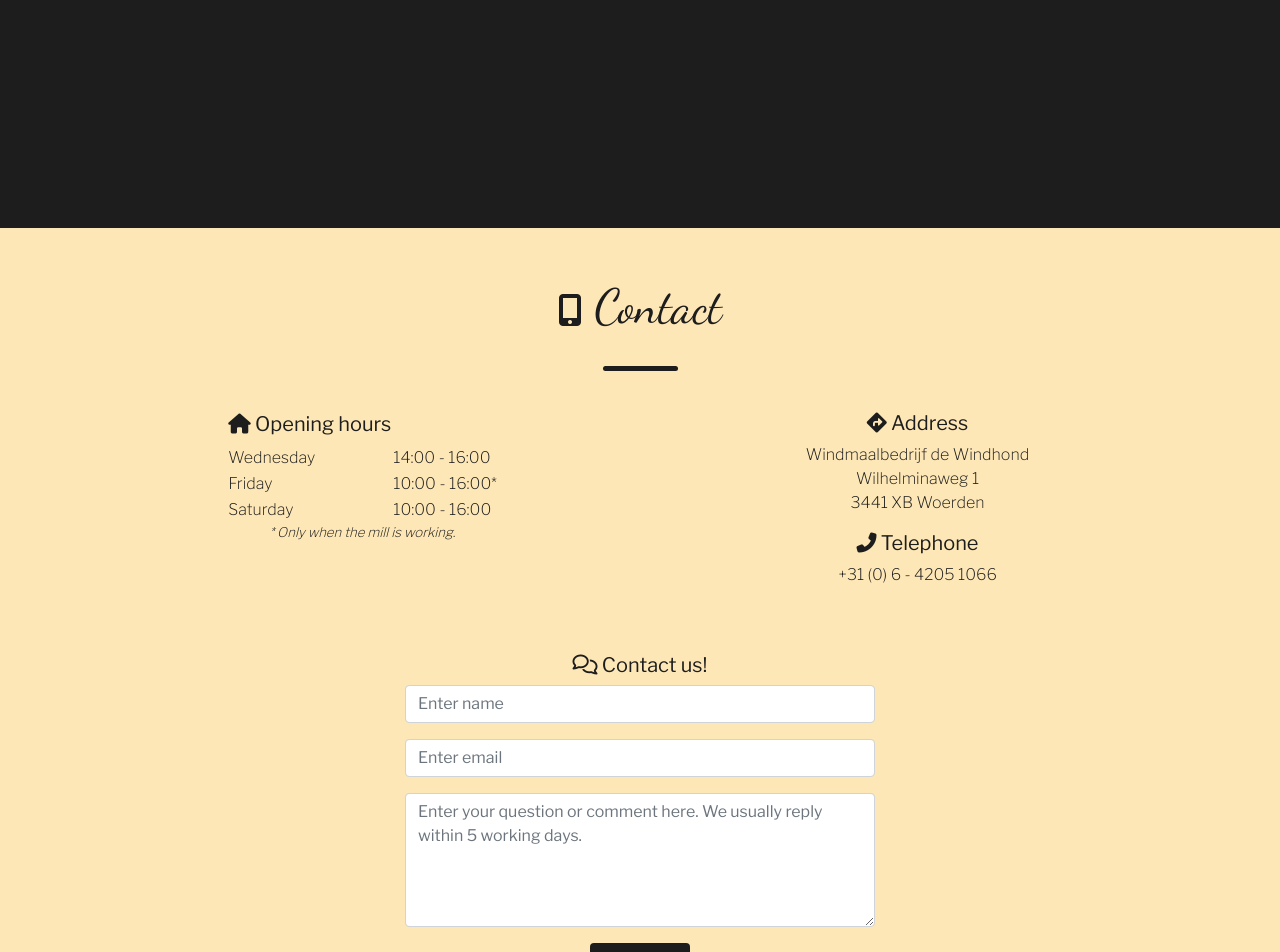
Repository: jdl208/DeWindhond
Page: index.html
The author's editor kept a record of every edit. The page is drawn from the files as they stood at one moment, then again after the next edit.
The browser window is 1280 px wide. The pictures show the part of the page from y = 2209 to 3161 px (the page is 3329 px tall).
Pictures or frames that could not be fetched are drawn as grey boxes. Some web libraries are served in a nearby version.

Above is the page before.

### index.html
<!DOCTYPE html>
<html lang="en">

<head>
    <meta charset="UTF-8">
    <meta name="viewport" content="width=device-width, initial-scale=1.0">
    <meta http-equiv="X-UA-Compatible" content="ie=edge">
    <title>Windmill "De Windhond"</title>
    <link rel="stylesheet" href="https://stackpath.bootstrapcdn.com/bootstrap/4.3.1/css/bootstrap.min.css" integrity="sha384-ggOyR0iXCbMQv3Xipma34MD+dH/1fQ784/j6cY/iJTQUOhcWr7x9JvoRxT2MZw1T" crossorigin="anonymous">
    <link href="https://fonts.googleapis.com/css?family=Dancing+Script:400,700&display=swap" rel="stylesheet">
    <link rel="stylesheet" href="assets/css/style.css" type="text/css" />

</head>

<body>

    <!-- Navigation-->
    <a href="" class="anchor" id="home"></a>
    <nav class="navbar fixed-top navbar-expand-md navbar-dark dark-bg">
        <a class="navbar-brand" href="#home">De Windhond</a>
        <button id="navbar-toggle-icon" class="navbar-toggler" type="button" data-toggle="collapse" data-target="#navbarTogglerDemo02" aria-controls="navbarTogglerDemo02" aria-expanded="false" aria-label="Toggle navigation">
                <i class="fas fa-bars"></i>
            </button>

        <div class="collapse navbar-collapse" id="navbarTogglerDemo02">
            <ul class="navbar-nav ml-auto mt-2 mt-lg-0">
                <li class="nav-item ml-auto nav--link">
                    <a class="nav-link" href="#home"><strong>Home</strong><span class="sr-only">(current)</span></a>
                </li>
                <li class="nav-item ml-auto nav--link">
                    <a class="nav-link" href="#about"><strong>About</strong></a>
                </li>
                <li class="nav-item ml-auto nav--link">
                    <a class="nav-link" href="#media"><strong>Media</strong></a>
                </li>
                <li class="nav-item ml-auto nav--link">
                    <a class="nav-link" href="#contact"><strong>Contact</strong></a>
                </li>
            </ul>
        </div>
    </nav>

    <!--Header image slider-->

    <header class="top-section">
        <div class="jumbotron sectioncontainer carousel-wrapper">


            <!--Preload images so you you wont see a hickup in the slider -->

            <img class="d-none" src="assets/images/img1.jpg" />
            <img class="d-none" src="assets/images/img2.jpg" />
            <img class="d-none" src="assets/images/img3.jpg" />
            <img class="d-none" src="assets/images/img4.jpg" />
            <img class="d-none" src="assets/images/img5.jpg" />
            <img class="d-none" src="assets/images/img6.jpg" />
            <img class="d-none" src="assets/images/img7.jpg" />

            <div class="bg-image-slider">

            </div>
        </div>
    </header>

    <!-- About -->
    <a href="" class="anchor" id="about"></a>
    <section class="light-bg sectioncontainer">
        <div class="container about">
            <h2><i class="far fa-list-alt media-icon"></i> About</h2>
            <hr class="block-divider dark-divider">

            <div class="row">
                <div class="col-md-6">
                    <h4>Timeline</h4>
                    <div class="history-items">
                        <div class="timeline-item" data-dates="1498">
                            <p>The first mill was build on top of the city wall.</p>
                        </div>
                        <div class="timeline-item" data-dates="1755">
                            <p>De Windhond was build on the spot of the original mill.</p>
                        </div>
                        <div class="timeline-item" data-dates="1977">
                            <p>The mill was sold to the city of Woerden. Which would restore the mill to it's original state.</p>
                        </div>
                        <div class="timeline-item" data-dates="2011">
                            <p>The new miller Karel Dolman is going to work in De Windhond and is going to make the mill functioning again untill this day.</p>
                        </div>
                    </div>
                </div>
                <div class="col-md-6">
                    <hr class="block-divider dark-divider d-md-none">
                    <h4>History</h4>

                    <p>Windmill "De Windhond" is a historical and valuable feature for the city of Woerden.</P>
                    <p>The Windhond is a round stone mill that was built in 1755 in Woerden. Today the mill is well maintained and is an important part of the cityscape.</p>
                    <p>The mill stands on one of the last pieces of city wall, originally part of a bastion belonging to the city walls of old Woerden. De Windhond has a flight of 25.2 meters. The mill was restored in 1984 and today it is still in use as
                        a flour mill. The flour from the mill is used at various points of sale. In addition, a number of bakers in Woerden sell bread with flour from the mill. The interior of the mill is largely in authentic condition. The miller lives
                        in the house at the bottom of the mill.
                    </p>
                    <!--<p>Karel Dolman (29) divides his time between "his" windmill De Windhond in Woerden and a permanent job as a mill repairman.</p>-->
                    <!--<p>The mill in Woerden doesn't run full production. The repairman job makes the work complete. Maintenance is always necessary and I am always technically informed.</p>-->
                    <!--<p>Karel has been at the mill since childhood. He is officially qualified and knows everything about the technology, weather, sailing and more. "And you have to be physically capable, because getting the windmill up or slowing down requires-->
                    <!--    power." Whether the work is in his blood? "Then I have to go to the doctor," he jokes. Collegiate banter between father (Maarten Dolman, miller of the Windotter in IJsselstein) and son is also there: "The Greyhound is older: completely-->
                    <!--    from 1755, while De Windotter only has stones that date from 1732, the rest is younger."</p>-->

                </div>
            </div>
        </div>

    </section>

    <!-- Media section-->
    <a href="" class="anchor" id="media"></a>

    <section class="dark-bg mediabox sectioncontainer">
        <H2><i class="fas fa-photo-video media-icon"></i> Media</H2>
        <hr class="block-divider yellow-divider">
        <div class="row mediarow">
            <div class="col-12">
                <h4>Impression of the mill</h4>
            </div>
            <iframe width="560" height="315" src="https://www.youtube.com/embed/qNwYElhLL6A" frameborder="0" allow="accelerometer; autoplay; encrypted-media; gyroscope; picture-in-picture" allowfullscreen></iframe>
        </div>

        <hr class="block-divider yellow-divider">

        <div class="row mediarow">
            <div class="col-12">
                <h4>Interview with Karel Dolman the miller</h4>
            </div>
            <iframe width="560" height="315" src="https://www.youtube.com/embed/lAjF5r5rAqM" frameborder="0" allow="accelerometer; autoplay; encrypted-media; gyroscope; picture-in-picture" allowfullscreen></iframe>
        </div>

        </div>
    </section>

    <!-- Contact-->

    <a href="" class="anchor" id="contact"></a>
    <section class="sectioncontainer light-bg">
        <div class="container">
            <h2><i class="fas fa-mobile-alt media-icon"></i> Contact</h2>
            <hr class="block-divider dark-divider">
            <div class="row">
                <div class="col-md-6 contact_visiting">
                    <table>
                        <th>
                            <h5><i class="fas fa-home"></i> Opening hours</h5>
                        </th>
                        <tr>
                            <td>Wednesday</td>
                            <td>14:00 - 16:00</td>
                        </tr>
                        <tr>
                            <td>Friday</td>
                            <td>10:00 - 16:00*</td>
                        </tr>
                        <tr>
                            <td>Saturday</td>
                            <td>10:00 - 16:00</td>
                        </tr>

                    </table>
                    <p class="footnote_opening">* Only when the mill is working.</p>
                </div>
                <div class="col-md-6 contact_visiting">

                    <h5><i class="fas fa-directions"></i> Address</h5>
                    <p>Windmaalbedrijf de Windhond<br> Wilhelminaweg 1<br> 3441 XB Woerden
                    </p>
                    <h5><i class="fas fa-phone-alt"></i> Telephone</h5>
                    <p> +31 (0) 6 - 4205 1066</p>

                </div>

            </div>

            <div class="row">
                <div class="col-12 contact-form">
                    <h5><i class="far fa-comments"></i> Contact us!</h5>
                    <div class="form-group">
                        <input type="text" class="form-control" placeholder="Enter name" required>
                    </div>
                    <div class="form-group">
                        <input type="email" class="form-control" placeholder="Enter email" required>
                    </div>
                    <div class="form-group">
                        <textarea class="form-control" rows="5" Placeholder="Enter your question or comment here. We usually reply within 5 working days." required></textarea>
                    </div>
                    <button type="submit" class="btn btn--dark">Send</button>
                    </form>
                </div>
            </div>
    </section>

    <footer class="dark-bg">
        <div class="row footer">
            <div class="col-12">
                <ul class="list-inline">
                    <li class="list-inline-item"><a class="light-link" href="https://www.facebook.com/windmaalbedrijfdewindhond?pnref=story"><i class="fab fa-facebook-square socialicon"></i></a></li>
                    <li class="list-inline-item"><a class="light-link" href="#"><i class="fab fa-twitter-square socialicon"></i></a></li>
                    <li class="list-inline-item"><a class="light-link" href="#"><i class="fab fa-instagram socialicon"></i></a></li>
                    <li class="list-inline-item"><a class="light-link" href="#"><i class="fab fa-pinterest-square socialicon"></i></a></li>
                    <li class="list-inline-item"><a class="light-link" href="#"><i class="fab fa-snapchat-square socialicon"></i></a></li>
                </ul>
            </div>
        </div>
    </footer>

    <script src="https://code.jquery.com/jquery-3.3.1.slim.min.js" integrity="sha384-q8i/X+965DzO0rT7abK41JStQIAqVgRVzpbzo5smXKp4YfRvH+8abtTE1Pi6jizo" crossorigin="anonymous"></script>
    <script src="https://cdnjs.cloudflare.com/ajax/libs/popper.js/1.14.7/umd/popper.min.js" integrity="sha384-UO2eT0CpHqdSJQ6hJty5KVphtPhzWj9WO1clHTMGa3JDZwrnQq4sF86dIHNDz0W1" crossorigin="anonymous"></script>
    <script src="https://stackpath.bootstrapcdn.com/bootstrap/4.3.1/js/bootstrap.min.js" integrity="sha384-JjSmVgyd0p3pXB1rRibZUAYoIIy6OrQ6VrjIEaFf/nJGzIxFDsf4x0xIM+B07jRM" crossorigin="anonymous"></script>
    <script src="https://kit.fontawesome.com/70761e8d6e.js"></script>

</body>

</html>

### assets/css/style.css
@import url('https://fonts.googleapis.com/css?family=Dancing+Script:400,700|Libre+Franklin:200,300,400,700&display=swap');

html {
    scroll-behavior: smooth;
}

body {
    font-family: "Libre Franklin";
    font-weight: 200;
}

.sectioncontainer {
    padding-top: 50px;
    padding-bottom: 80px;
}

.anchor {
    display: block;
    position: relative;
    top: -56px;
    visibility: hidden;
}

/* ---------------------------------------------- Colors */

.dark-bg {
    color: #fee7b6;
    background-color: #1d1d1d;
}

.light-bg {
    background-color: #fee7b6;
    color: rgb(29, 29, 29);
}

.block-divider {
    width: 75px;
    height: 5px;
    border: 0;
    border-radius: 15px;
    margin-top: 30px;
    margin-bottom: 40px;
}

.yellow-divider {
    background-color: #fee7b6;
}

.dark-divider {
    background-color: rgb(29, 29, 29);
}

.light-link {
    color: #fee7b6;
}

.btn--dark {
    color: #fee7b6;
    background-color: rgba(29, 29, 29, 1);
    text-align: center;
}

/* ---------------------------------------------- Headings */

h2,
h3,
h4 {
    font-family: "dancing script";
    text-align: center;
    font-size: 3rem;
}

h4 {
    font-size: 2rem;
}

.media-icon {
    font-size: 32px;
}

/* ---------------------------------------------- Navbar */

.navbar {
    font-family: "dancing script";
    font-size: 1.2rem;
}

.navbar-brand {
    font-size: 1.5rem;
    color: #fee7b6;
}

.navbar-dark .navbar-brand {
    color: #fee7b6;
}

#navbar-toggle-icon {
    border: 0;
    color: #fee7b6;
}

.navbar-dark .navbar-nav .nav-link {
    color: #fee7b6;
}



/* ---------------------------------------------- Header */

.top-section {
    padding: 0;
}

.carousel-wrapper {
    position: relative;
    top: 56px;
    margin: 0 0 56px 0;
    padding: 0;
}

.bg-image-slider {
    height: 85vh;
    width: 100%;
    animation-name: bgslider;
    animation-duration: 49s;
    animation-timing-function: ease-in;
    animation-iteration-count: infinite;
    background-image: url("../images/img1.jpg");
    background-size: cover;
    background-repeat: no-repeat;
    background-position: center;
}

@keyframes bgslider {
    0% {
        background-image: url("../images/img1.jpg");
    }
    10% {
        background-image: url("../images/img1.jpg");
    }
    14% {
        background-image: url("../images/img2.jpg");
    }
    24% {
        background-image: url("../images/img2.jpg");
    }
    28% {
        background-image: url("../images/img3.jpg");
    }
    38% {
        background-image: url("../images/img3.jpg");
    }
    42% {
        background-image: url("../images/img4.jpg");
    }
    52% {
        background-image: url("../images/img4.jpg");
    }
    56% {
        background-image: url("../images/img5.jpg");
    }
    66% {
        background-image: url("../images/img5.jpg");
    }
    70% {
        background-image: url("../images/img6.jpg");
    }
    80% {
        background-image: url("../images/img6.jpg");
    }
    84% {
        background-image: url("../images/img7.jpg");
    }
    95% {
        background-image: url("../images/img7.jpg");
    }
    100% {
        background-image: url("../images/img1.jpg");
    }
}

/* ---------------------------------------------- About */

.history-heading {
    margin-bottom: 50px;
}

.timeline-item {
    padding: 4em 2em 0em 2em;
    position: relative;
    border-left: 1px solid;
}

.timeline-item p {
    padding: 0;
    margin: 0;
}

.timeline-item:before {
    content: attr(data-dates);
    position: absolute;
    left: 2.5em;
    top: 3em;
    display: block;
    font-weight: 500;
    font-size: 0.8em;
    padding: 0;
    margin: 0;
}

.timeline-item:after {
    width: 12px;
    height: 12px;
    display: block;
    top: 2.5em;
    position: absolute;
    left: -6px;
    border-radius: 12px;
    content: '';
    background: rgb(29, 29, 29);

}

/* ---------------------------------------------- Media */

.row {
    margin: 0;
}

iframe {
    margin: auto;
}

/* ---------------------------------------------- Contact */

.contact_visiting {
    text-align: center;
}

.contact_visiting table {
    text-align: left;
    margin: auto;
}


.footnote_opening {
    font-size: smaller;
    font-style: italic;
}


.contact-form {
    margin: auto;
    text-align: center;
    margin-top: 50px;
    max-width: 500px;
}

.contact-form .btn--dark {
    width: 100px;
}


/* ---------------------------------------------- Footer */

.footer {
    height: 50px;
    text-align: center;
    padding: 10px;
}

.footerlist {
    list-style-type: none;
}

.list-item-footer {
    display: inline-block;
    height: 30px;
    color: #fee7b6;
}

.socialicon {
    font-size: 30px;
}

.socialicon:hover {
    color: #dec080
}

After the next edit:
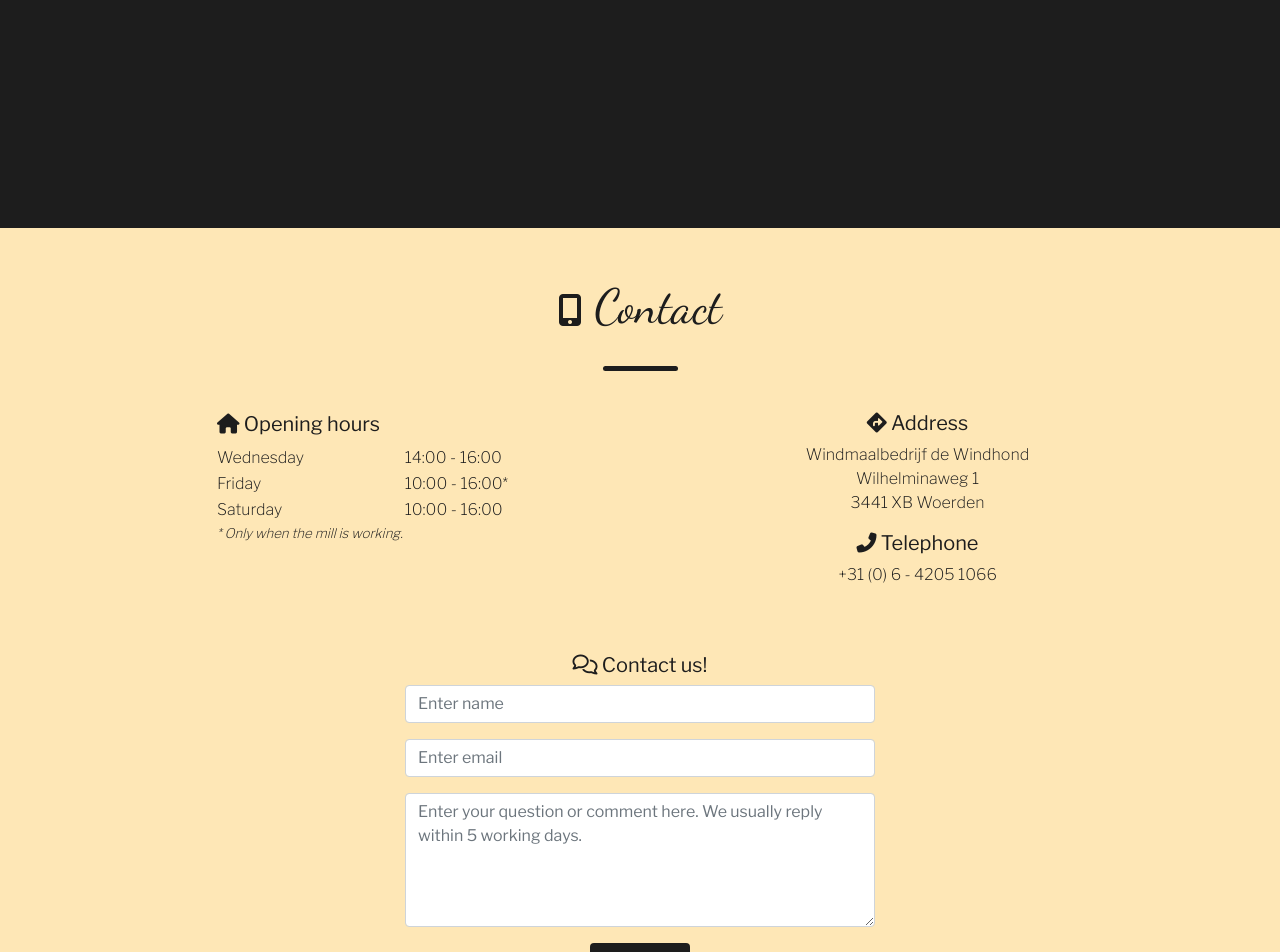
The edit:
--- a/index.html
+++ b/index.html
@@ -159,9 +159,9 @@
                             <td>Saturday</td>
                             <td>10:00 - 16:00</td>
                         </tr>
+                    <tr class="footnote_opening"><td>* Only when the mill is working.</td></tr>
 
                     </table>
-                    <p class="footnote_opening">* Only when the mill is working.</p>
                 </div>
                 <div class="col-md-6 contact_visiting">
 
